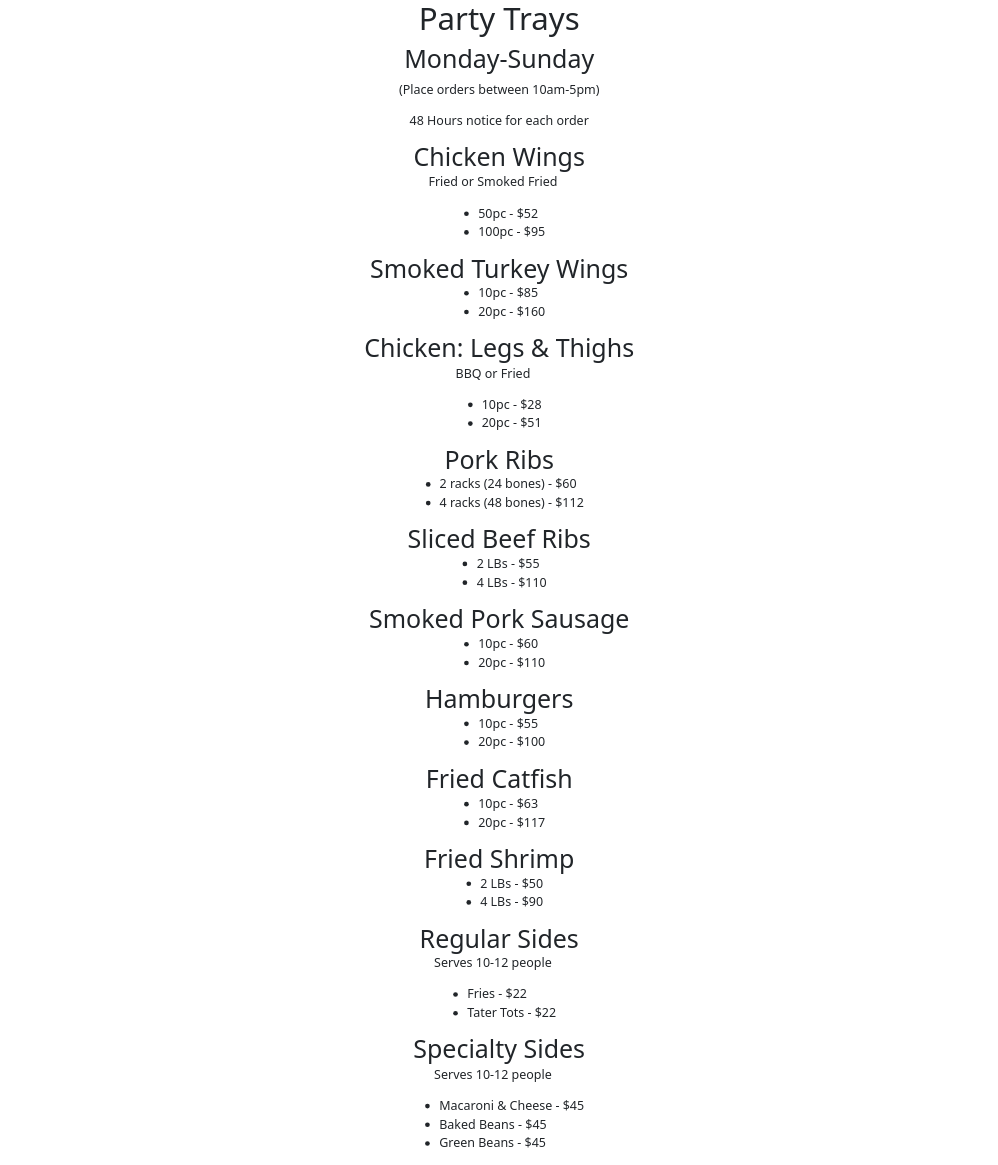
Repository: dukedward/smokehousemenu
Page: trays/index.html
The author's editor kept a copy of each file at every save. The page is drawn from the files as they stood at one save, then again after the next save.
The browser window is 1280 px wide. The pictures show the whole page, at 78% of full size.
Some web libraries are served in a nearby version.

Above is the page before, as saved 2023-03-01 09:11:35.

### trays/index.html
<!DOCTYPE html>
<html lang="en">
<head>
    <meta charset="UTF-8">
    <meta http-equiv="X-UA-Compatible" content="IE=edge">
    <meta name="viewport" content="width=device-width, initial-scale=1.0">
    <link rel="stylesheet" href="https://cdnjs.cloudflare.com/ajax/libs/font-awesome/6.3.0/css/all.min.css" integrity="sha512-SzlrxWUlpfuzQ+pcUCosxcglQRNAq/DZjVsC0lE40xsADsfeQoEypE+enwcOiGjk/bSuGGKHEyjSoQ1zVisanQ==" crossorigin="anonymous" referrerpolicy="no-referrer" />
    <link href="https://cdn.jsdelivr.net/npm/bootstrap@5.3.0-alpha1/dist/css/bootstrap.min.css" rel="stylesheet" integrity="sha384-GLhlTQ8iRABdZLl6O3oVMWSktQOp6b7In1Zl3/Jr59b6EGGoI1aFkw7cmDA6j6gD" crossorigin="anonymous">
    <link rel="stylesheet" href="../style.css" />
    <title>Party Trays</title>
</head>
<body>
    <div class="title">
        <h1>Party Trays</h1>
        <h2>Monday-Sunday</h2>
        <p>(Place orders between 10am-5pm)</p>
        <p>48 Hours notice for each order</p>
    </div>
    <div class="sections">
        <div class="sect">
            <h2>Chicken Wings</h2>
            <div class="desc">
                <p>Fried or Smoked Fried</p>
            </div>
            <ul>
                <li>50pc - $52</li>
                <li>100pc - $95</li>
            </ul>
        </div>
        <div class="sect">
            <h2>Smoked Turkey Wings</h2>
            <ul>
                <li>10pc - $85</li>
                <li>20pc - $160</li>
            </ul>
        </div>
        <div class="sect">
            <h2>Chicken: Legs & Thighs</h2>
            <div class="desc">
                <p>BBQ or Fried</p>
            </div>
            <ul>
                <li>10pc - $28</li>
                <li>20pc - $51</li>
            </ul>
        </div>
        <div class="sect">
            <h2>Pork Ribs</h2>
            <ul>
                <li>2 racks (24 bones) - $60</li>
                <li>4 racks (48 bones) - $112</li>
            </ul>
        </div>
        <div class="sect">
            <h2>Sliced Beef Ribs</h2>
            <ul>
                <li>2 LBs - $55</li>
                <li>4 LBs - $110</li>
            </ul>
        </div>
        <div class="sect">
            <h2>Smoked Pork Sausage</h2>
            <ul>
                <li>10pc - $60</li>
                <li>20pc - $110</li>
            </ul>
        </div>
        <div class="sect">
            <h2>Hamburgers</h2>
            <ul>
                <li>10pc - $55</li>
                <li>20pc - $100</li>
            </ul>
        </div>
        <div class="sect">
            <h2>Fried Catfish</h2>
            <ul>
                <li>10pc - $63</li>
                <li>20pc - $117</li>
            </ul>
        </div>
        <div class="sect">
            <h2>Fried Shrimp</h2>
            <ul>
                <li>2 LBs - $50</li>
                <li>4 LBs - $90</li>
            </ul>
        </div>
        <div class="sect">
            <h2>Regular Sides</h2>
            <div class="desc">
                <p>Serves 10-12 people</p>
            </div>
            <ul>
                <li>Fries - $22</li>
                <li>Tater Tots - $22</li>
            </ul>
        </div>
        <div class="sect">
            <h2>Specialty Sides</h2>
            <div class="desc">
                <p>Serves 10-12 people</p>
            </div>
            <ul>
                <li>Macaroni & Cheese - $45</li>
                <li>Baked Beans - $45</li>
                <li>Green Beans - $45</li>
            </ul>
        </div>
    </div>
    <script src="https://cdn.jsdelivr.net/npm/bootstrap@5.3.0-alpha1/dist/js/bootstrap.bundle.min.js" integrity="sha384-w76AqPfDkMBDXo30jS1Sgez6pr3x5MlQ1ZAGC+nuZB+EYdgRZgiwxhTBTkF7CXvN" crossorigin="anonymous"></script>
</body>
</html>

### style.css
/* * {
	margin: 0;
	padding: 0;
} */

/* body {
    background-color: #212529;
}

.container {
    width: 100vw;
    height: 100vh;
    background-color: #212529;
    margin: 0;
    padding: 0;
}



.title h1,h2,p {
    margin-bottom: 0;
}



dt {
    font-size: medium;
    font-weight: bold;
}

dd {
    margin-bottom: 1rem;
}

h1,h2,h3,ul,li,p {
    color: #fff;
} */

.title {
	display: flex;
	flex-direction: column;
	justify-content: center;
	align-items: center;
}

.sections {
	display: grid;
}

.sect, .sub-sect {
	display: flex;
	flex-direction: column;
	justify-content: left;
	align-items: center;
}

.sect h2,h3 {
    margin-bottom: 0;
}

.desc {
    display: flex;
    flex-direction: row;
    justify-content: space-between;
}

.desc p {
    padding-right: 1rem;
}

After the next save:
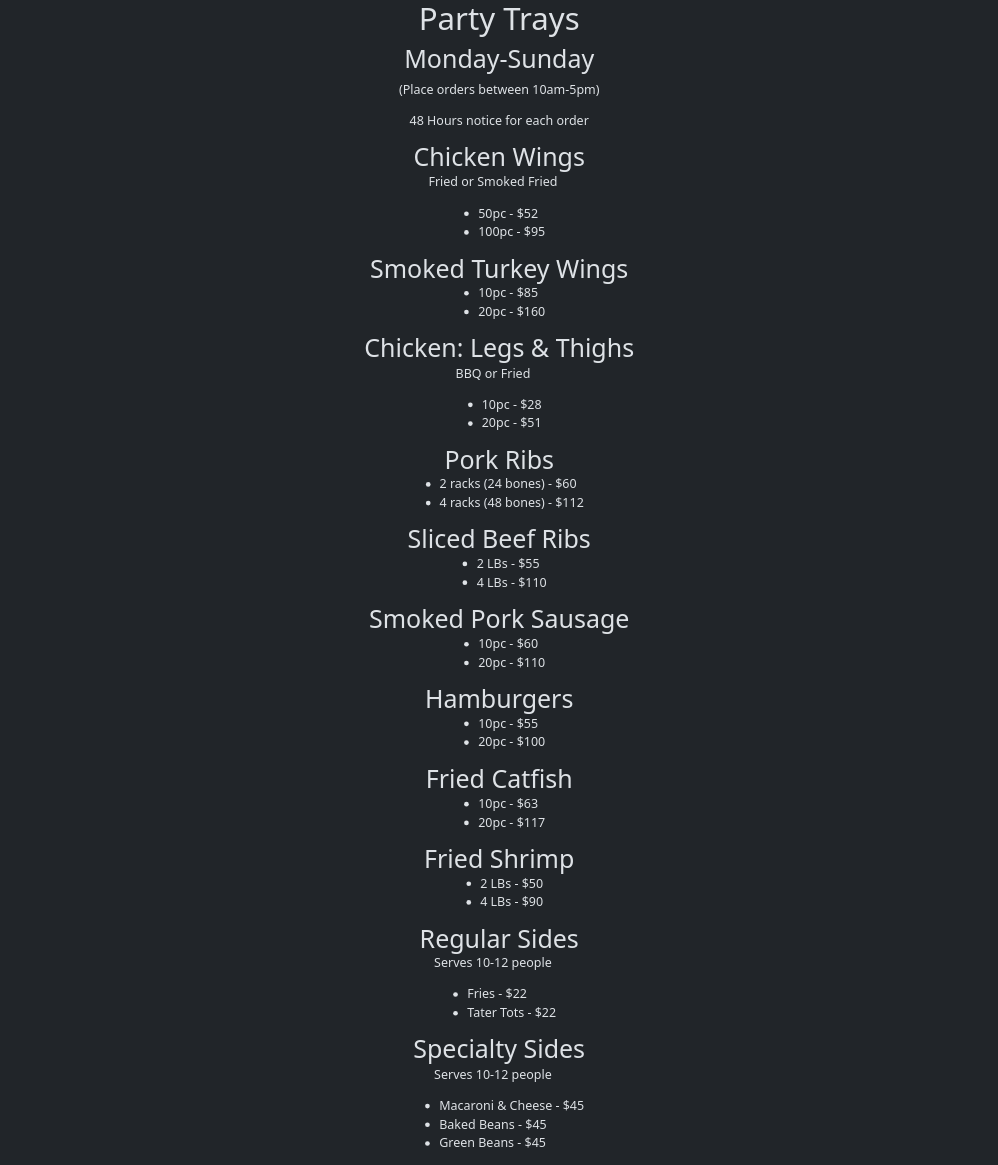
Saved 3 min 12 s later.
--- a/trays/index.html
+++ b/trays/index.html
@@ -1,5 +1,5 @@
 <!DOCTYPE html>
-<html lang="en">
+<html lang="en" data-bs-theme="dark">
 <head>
     <meta charset="UTF-8">
     <meta http-equiv="X-UA-Compatible" content="IE=edge">
